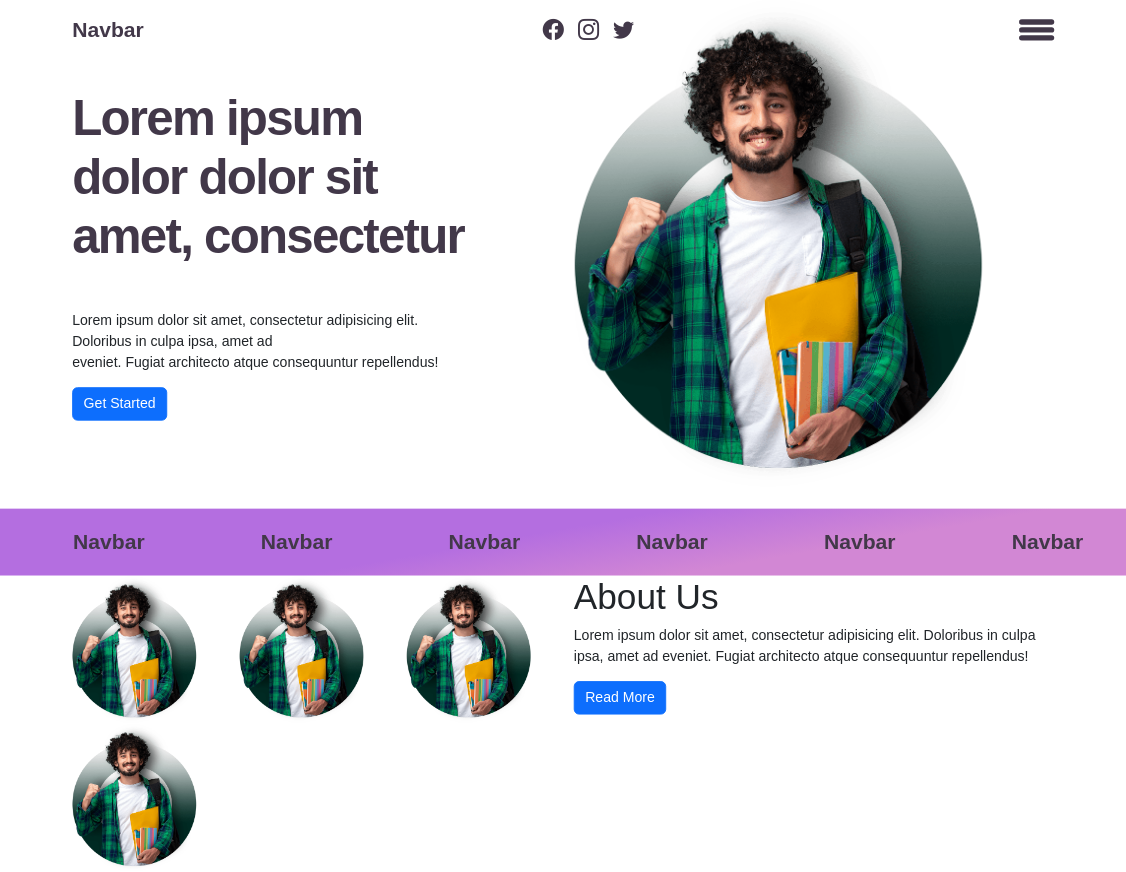
Repository: tagnam/project27012025
Page: index.html
An editor plug-in stored every save of this project. The page is shown before and after a run of saves, followed by the edit.
The browser window is 1280 px wide. The pictures show the whole page, at 88% of full size.

Above is the page before, as saved 2025-01-27 16:18:51.

After the next 2 saves:
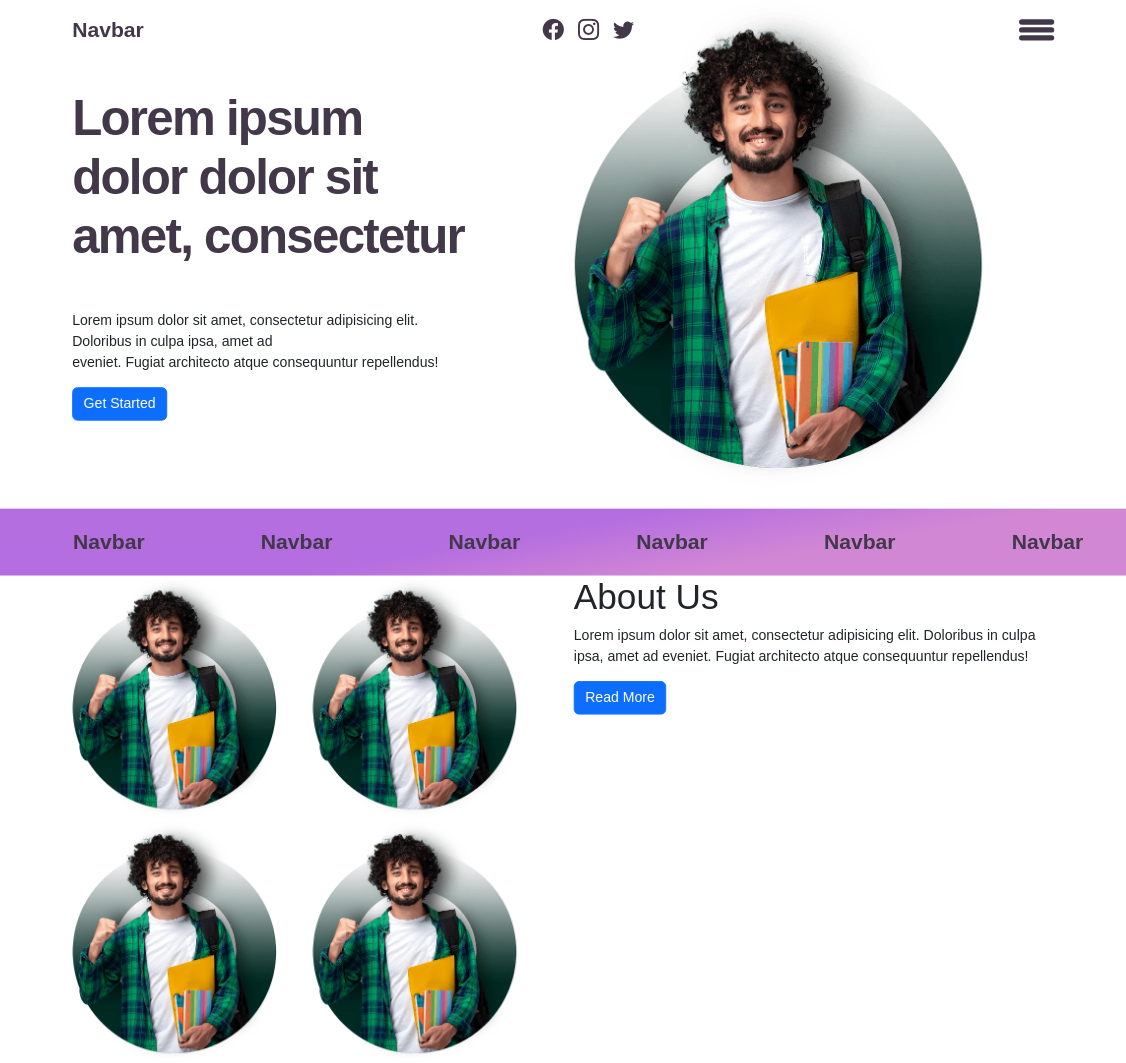
The 2 saves are shown as one change because they came seconds apart.
The last was saved 6 s later.
--- a/index.html
+++ b/index.html
@@ -130,7 +130,7 @@
     <div class="container">
         <div class="row">
             <div class="col-lg-6 col-md-6 col-sm-12">
-                <div class="row row-cols-3 row-cols-md-">
+                <div class="row row-cols-3 row-cols-md-2 g-0">
                     <div class="col">
                         <div class="img">
                             <img src="image/hero-banner-01.webp" class="w-100" alt="">
